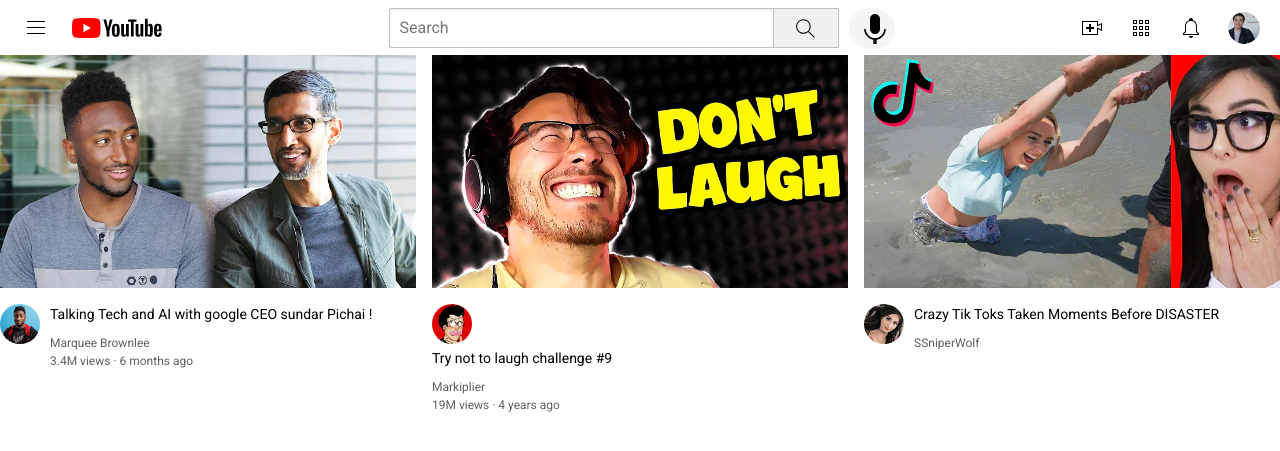
Repository: knowledgeAlan/html-css-thirteen
Page: youtube.html
The author's editor kept a copy of each file at every save. The page is drawn from the files as they stood at one save, then again after the next save.
The browser window is 1280 px wide. The pictures show the whole page.

Above is the page before, as saved 2024-03-19 17:39:52.

After the next save:
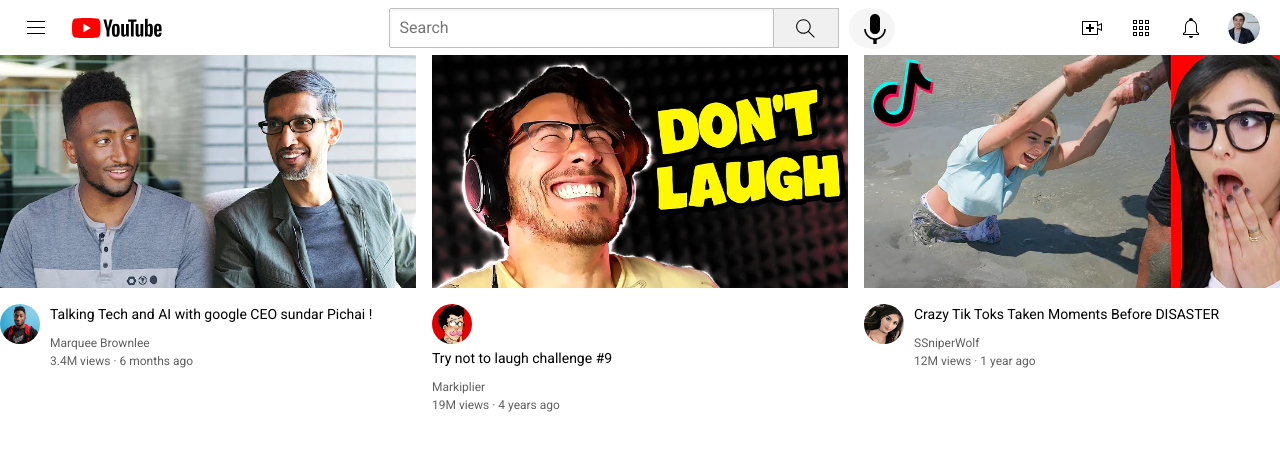
Saved 25 s later.
--- a/youtube.html
+++ b/youtube.html
@@ -128,6 +128,10 @@
                          <p class="video-author">
                             SSniperWolf
                          </p>
+
+                         <p class="video-stats">
+                            12M views &#183; 1 year ago
+                         </p>
                     </div>
                 </div>
             </div>
